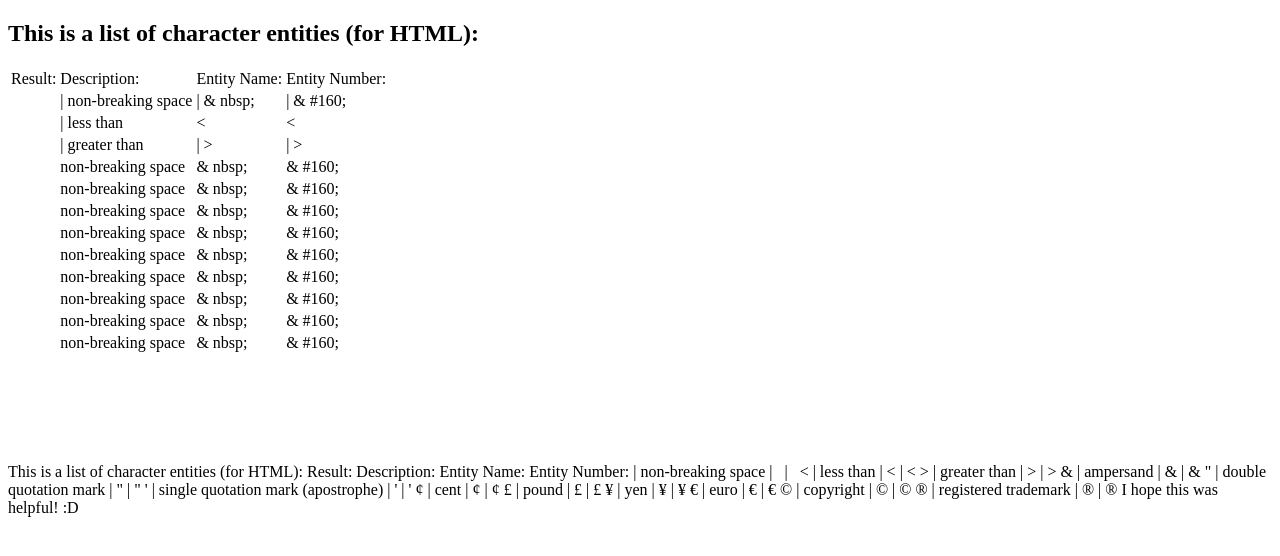
Repository: linas-dev/HTML-CSS-Projects
Page: Basic_HTML_and_CSS/Basic_HTML_5.html
An editor plug-in stored every save of this project. The page is shown before and after the next save, followed by the edit.
The browser window is 1280 px wide. The pictures show the whole page.

Above is the page before, as saved 2021-05-30 11:02:38.

### Basic_HTML_and_CSS/Basic_HTML_5.html
<!DOCTYPE html>
<html lang="en">
<head>
    <meta charset="UTF-8">
    <meta http-equiv="X-UA-Compatible" content="IE=edge">
    <meta name="viewport" content="width=device-width, initial-scale=1.0">
    <link rel="stylesheet" href="Basic_CSS_2.css">
    <title>Document</title>
</head>
<body>

    <h2>This is a list of character entities (for HTML):</h2>

    <table>
        <thead>
            <td>Result:</td>
            <td>Description: </td>
            <td>Entity Name:</td>
            <td>Entity Number:</td>
        </thead>
        <tbody>
            <tr>
                <td></td>
                <td>| non-breaking space</td>
                <td>| & nbsp;</td>
                <td>| & #160;</td>
            </tr>
            <tr>
                <td></td>
                <td>| less than</td>
                <td>&lt;</td>
                <td>&#60;</td>
            </tr>
            <tr>
                <td></td>
                <td>| greater than</td>
                <td>| &gt;</td>
                <td>| &#62;</td>
            </tr>
            <tr>
                <td></td>
                <td>non-breaking space</td>
                <td>& nbsp;</td>
                <td>& #160;</td>
            </tr>
            <tr>
                <td></td>
                <td>non-breaking space</td>
                <td>& nbsp;</td>
                <td>& #160;</td>
            </tr>
            <tr>
                <td></td>
                <td>non-breaking space</td>
                <td>& nbsp;</td>
                <td>& #160;</td>
            </tr>
            <tr>
                <td></td>
                <td>non-breaking space</td>
                <td>& nbsp;</td>
                <td>& #160;</td>
            </tr>
            <tr>
                <td></td>
                <td>non-breaking space</td>
                <td>& nbsp;</td>
                <td>& #160;</td>
            </tr>
            <tr>
                <td></td>
                <td>non-breaking space</td>
                <td>& nbsp;</td>
                <td>& #160;</td>
            </tr>
            <tr>
                <td></td>
                <td>non-breaking space</td>
                <td>& nbsp;</td>
                <td>& #160;</td>
            </tr>
            <tr>
                <td></td>
                <td>non-breaking space</td>
                <td>& nbsp;</td>
                <td>& #160;</td>
            </tr>
            <tr>
                <td></td>
                <td>non-breaking space</td>
                <td>& nbsp;</td>
                <td>& #160;</td>
            </tr>
        </tbody>
    </table>




<br>

<br>
<br>
<br>
<br>
<br>

    This is a list of character entities (for HTML):

Result:    Description:                         Entity Name:    Entity Number:
         | non-breaking space                 | &nbsp;        | &#160;
  <      | less than                          | &lt;          | &#60;
  >      | greater than                       | &gt;          | &#62;
  &      | ampersand                          | &amp;         | &#38;
  "      | double quotation mark              | &quot;        | &#34;
  '      | single quotation mark (apostrophe) | &apos;        | &#39;
  ¢      | cent                               | &cent;        | &#162;
  £      | pound                              | &pound;       | &#163;
  ¥      | yen                                | &yen;         | &#165;
  €      | euro                               | &euro;        | &#8364;
  ©      | copyright                          | &copy;        | &#169;
  ®      | registered trademark               | &reg;         | &#174;

I hope this was helpful! :D
</body>
</html>

### Basic_HTML_and_CSS/Basic_CSS_2.css
p {
    color: #2E5757;
    background: #F0DFEE;
    font-weight: bolder;
    text-align: right;
}

.table {
    border-collapse: collapse;
    margin: 25px 0;
    font-size: 0.9em;
    min-width: 400px;
}

.table thead tr {
    background-color: #009879;
    color: #fff;
    text-align: left;
    font-weight: bold;
}

.table th, .table td {
    padding: 7px 5px;
}

.table tbody tr {
    border-bottom: 1px solid #dddddd;
}

.hoveref:hover {
    background-color: #4F0444;
    color: white;
}

After the next save:
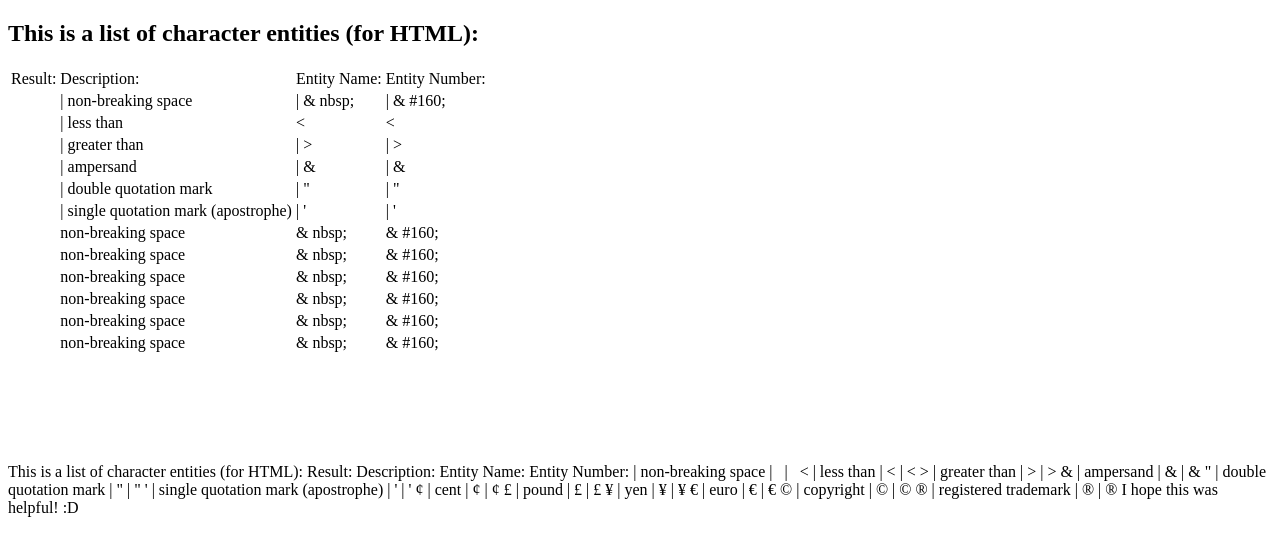
Saved 2 min 10 s later.
--- a/Basic_HTML_and_CSS/Basic_HTML_5.html
+++ b/Basic_HTML_and_CSS/Basic_HTML_5.html
@@ -39,21 +39,21 @@
             </tr>
             <tr>
                 <td></td>
-                <td>non-breaking space</td>
-                <td>& nbsp;</td>
-                <td>& #160;</td>
+                <td>| ampersand</td>
+                <td>| &amp;</td>
+                <td>| &#38;</td>
             </tr>
             <tr>
                 <td></td>
-                <td>non-breaking space</td>
-                <td>& nbsp;</td>
-                <td>& #160;</td>
+                <td>| double quotation mark</td>
+                <td>| &quot;</td>
+                <td>| &#34;</td>
             </tr>
             <tr>
                 <td></td>
-                <td>non-breaking space</td>
-                <td>& nbsp;</td>
-                <td>& #160;</td>
+                <td>| single quotation mark (apostrophe)</td>
+                <td>| &apos;</td>
+                <td>| &#39;</td>
             </tr>
             <tr>
                 <td></td>
